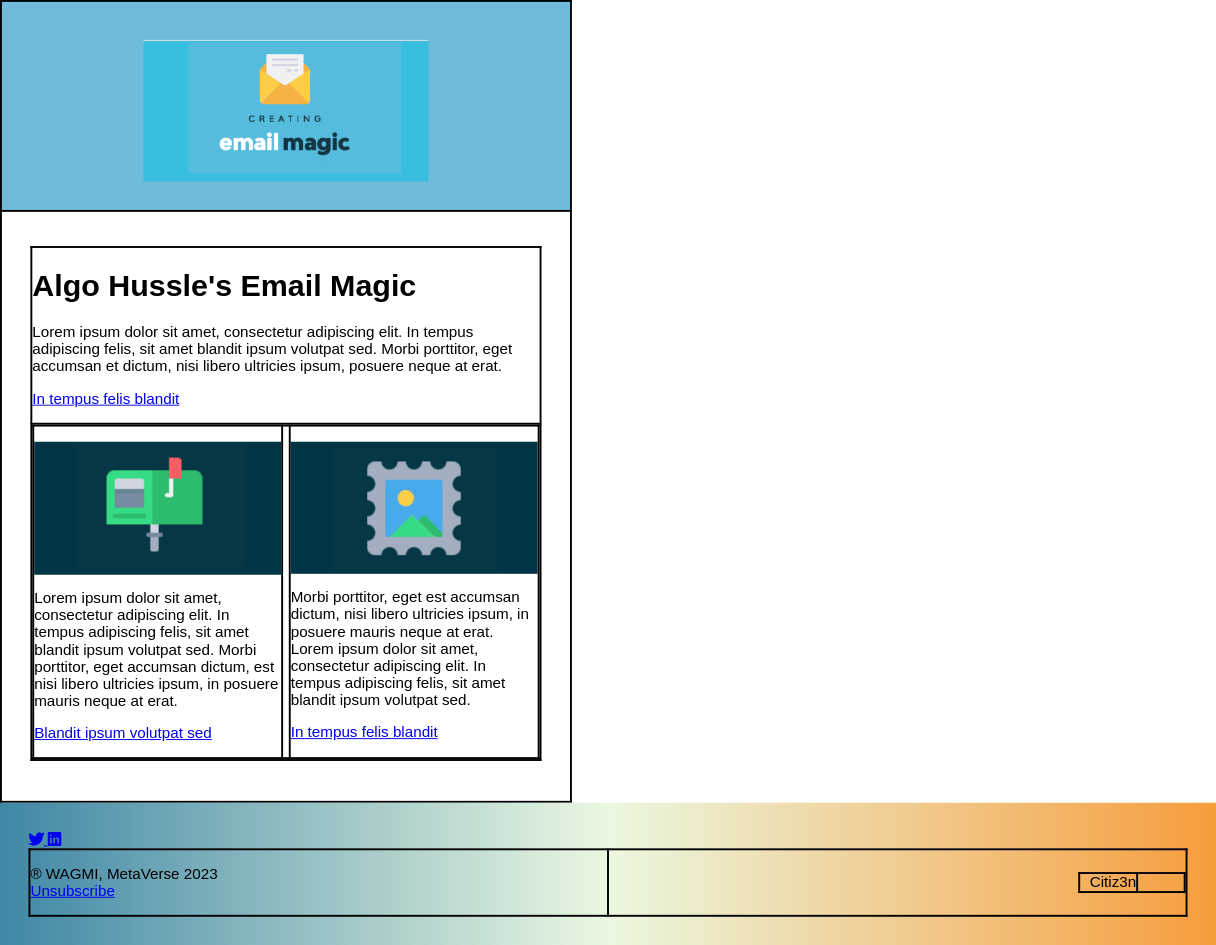
Repository: MikeeBuilds/email-template
Page: index.html
An editor plug-in stored every save of this project. The page is shown before and after the next save, followed by the edit.
The browser window is 1280 px wide. The pictures show the whole page, at 95% of full size.
Some web libraries are served in a nearby version.

Above is the page before, as saved 2022-11-25 13:57:32.

### index.html
<!DOCTYPE html>
<html lang="en" xmlns="http://www.w3.org./1999/xhtml" xmlns:0="urn:schemas-microsoft-com:office:office">
<head>
    <script src="https://kit.fontawesome.com/f8f61e487a.js" crossorigin="anonymous"></script>
    <meta charset="UTF-8">
    <meta http-equiv="X-UA-Compatible" content="IE=edge">
    <meta name="x-apple-disable-message-reformatting">
    <meta name="viewport" content="width=device-width, initial-scale=1.0">
    <link rel="stylesheet" href="styles.css">
    <title></title>
    <!--[if mso]>
        <noscript>
            <xml>
                <o:OfficeDocumentSettings>
                    <o:AllowPNG/>
                    <o:PixelsPerInch>96</o:PixelsPerInch>
                </o:OfficeDocumentSettings>
            </xml>
        <![endif]-->
        <style>
            table, td, div, h1, p {
                font-family: Arial, sans-serif;
            }
            table, td {
                border: 2px solid #000 !important;
            }
            </style>
<body style="margin: 0; padding: 0;">
    <table role="presentation" style="width: 602px; border-collapse: collapse; border: 1px solid #cccccc; border-spacing: 0; text-align: left;
    border-spacing: 0; background: #ffffff;">
        <tr>
            <td align="center" style="padding: 40px 0 30px 0; background: #70bbd9;">
                <img src="images/h1.png" alt="heading picture" width="300" style="height: auto; display: block;" />
            </td>
        </tr>
        <tr>
            <td align="center" style="padding: 36px 30px 42px 30px;">
                <table role="presentation" style="width:100%;border-collapse:collapse;border:0;border-spacing:0;">
                    <tr>
                        <td style="padding:0;">
                            <h1>Algo Hussle's Email Magic</h1>
<p>Lorem ipsum dolor sit amet, consectetur adipiscing elit. In tempus adipiscing felis, sit amet blandit ipsum volutpat sed. Morbi porttitor, eget accumsan et dictum, nisi libero ultricies ipsum, posuere neque at erat.</p>
<p><a href="http://www.example.com">In tempus felis blandit</a></p>

                        </td>
                    </tr>
                    <tr>
                        <td style="padding:0;">
                            <table role="presentation" style="width:100%;border-collapse:collapse;border:0;border-spacing:0;">
                                <tr>
                                    <td style="width:260px;padding:0;vertical-align:top;">
                                        <p><img src="images/left.png" alt="" width="260" style="height:auto;display:block;" /></p>
            <p>Lorem ipsum dolor sit amet, consectetur adipiscing elit. In tempus adipiscing felis, sit amet blandit ipsum volutpat sed. Morbi porttitor, eget accumsan dictum, est nisi libero ultricies ipsum, in posuere mauris neque at erat.</p>
            <p><a href="http://www.example.com">Blandit ipsum volutpat sed</a></p>
                                    </td>
                                    <td style="width:20px;padding:0;font-size:0;line-height:0;">&nbsp;</td>
                                    <td style="width:260px;padding:0;vertical-align:top;">
                                        <p><img src="images/right.png" alt="" width="260" style="height:auto;display:block;" /></p>
            <p>Morbi porttitor, eget est accumsan dictum, nisi libero ultricies ipsum, in posuere mauris neque at erat. Lorem ipsum dolor sit amet, consectetur adipiscing elit. In tempus adipiscing felis, sit amet blandit ipsum volutpat sed.</p>
            <p><a href="http://www.example.com">In tempus felis blandit</a></p>
        </td>
    </tr>
</table>

                                    </td>
                                </tr>
                            </table>
                        </td>
                    </tr>
                </table>
            </body>
        </head>


        <footer style="padding: 30px; background: linear-gradient(0.25turn, #3f87a6, #ebf8e1, #f69d3c)";>
            <a href="https://www.twitter.com/bankroll_miyagi"> <i class="fa-solid fa-bounce fa-brands fa-twitter"> </i> </a>
            <a href="https://linkedin.com/in/mike-woods-51b3b2257"> <i class="fa-solid fa-bounce fa-brands fa-linkedin"> </i> </a>
            <table role="presentation" style="width:100%;border-collapse:collapse;border:0;border-spacing:0;">
                <tr>
                    <td style="padding:0;width:50%;" align="left">
                        <p>&reg; WAGMI, MetaVerse 2023<br/><a href="http://www.example.com">Unsubscribe</a></p>
                    </td>
                    <td style="padding:0;width:50%;" align="right">
                        <table role="presentation" style="border-collapse:collapse;border:0;border-spacing:0;">
                            <tr>
                                <td style="padding:0 0 0 10px;width:38px;">
                                Citiz3n
                                </td>
                                <td style="padding:0 0 0 10px;width:38px;"></td>
                            </tr>
                        </table>
                    </td>
                </tr>
            </table>
        </footer>

        </html>

Loaded but not shown: styles.css (no stored copy; drawn as an empty file)

After the next save:
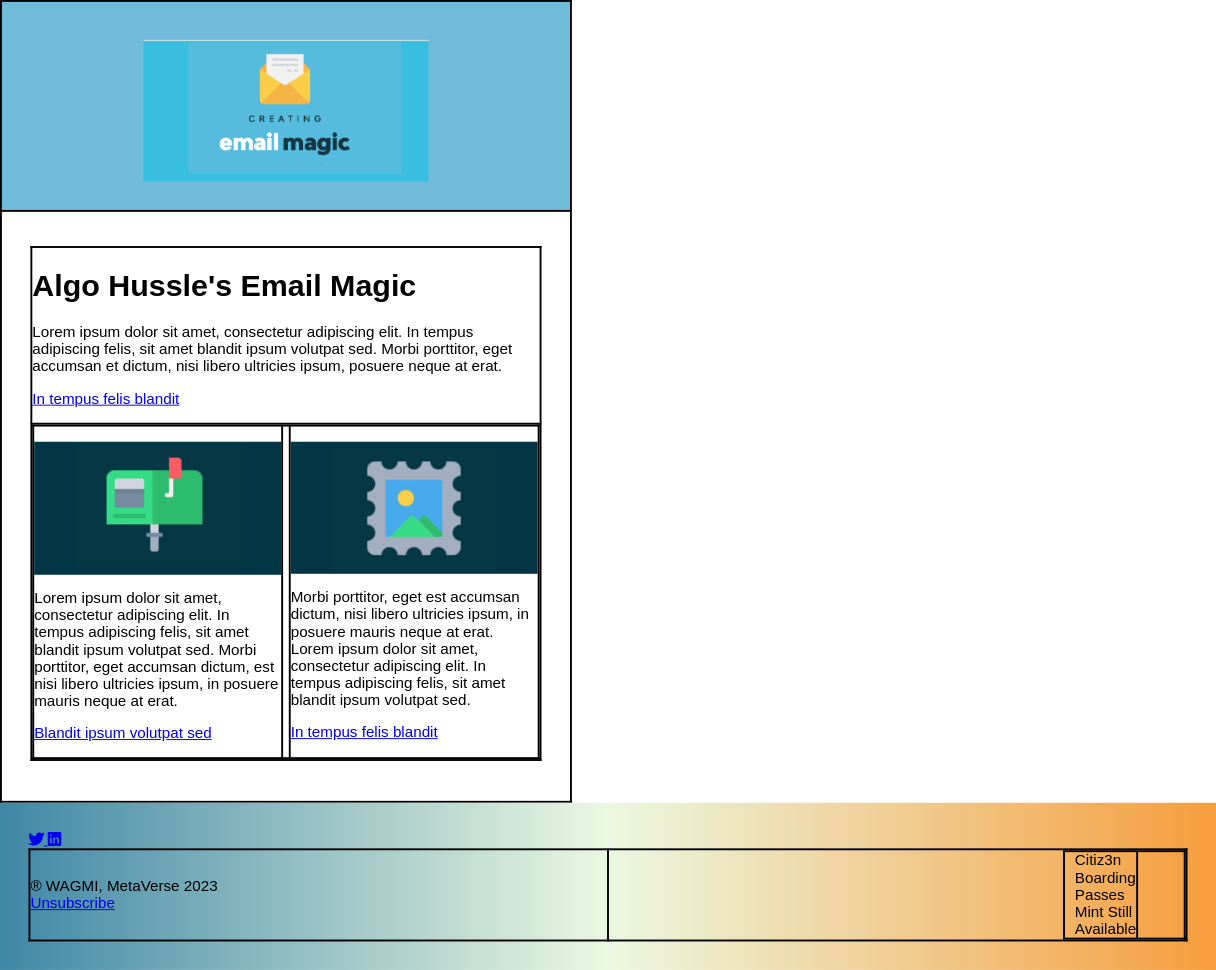
Saved 17 s later.
--- a/index.html
+++ b/index.html
@@ -84,7 +84,7 @@
                         <table role="presentation" style="border-collapse:collapse;border:0;border-spacing:0;">
                             <tr>
                                 <td style="padding:0 0 0 10px;width:38px;">
-                                Citiz3n
+                                Citiz3n Boarding Passes Mint Still Available
                                 </td>
                                 <td style="padding:0 0 0 10px;width:38px;"></td>
                             </tr>
